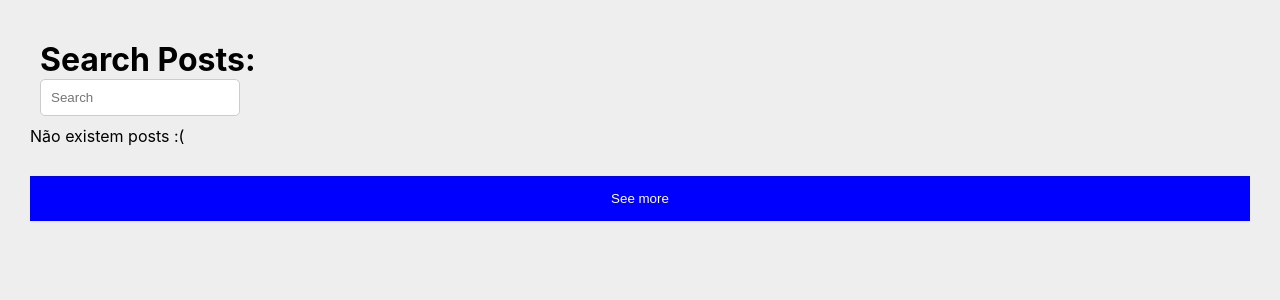
Repository: GiovanaBragio/ReactCourse
Page: / (app in project-1/)
An editor plug-in stored every save of this project. The page is shown before and after the next save, followed by the edit.
The browser window is 1280 px wide. The pictures show the whole page.
The page's requests for data from a server got no answer. The project was rebuilt for these pictures with package versions that can differ from the ones it lists, and the page was loaded fresh each time. No one was signed in, and anything a server would have sent is missing. Also part of the build but not shown: project-1/src/components/PostCard/PostCard.styles.css, project-1/src/components/PostCard/PostCard.tsx, project-1/src/components/Post/Post.styles.css, project-1/src/components/Post/Post.tsx.

Above is the page before, as saved 2025-02-05 17:16:38.

### project-1/src/index.tsx
import React from 'react';
import ReactDOM from 'react-dom/client';
import './index.css';
import Home from './templates/Home/Home';

const root = ReactDOM.createRoot(
  document.getElementById('root') as HTMLElement
);
root.render(
  <React.StrictMode>
    <Home />
  </React.StrictMode>
);

### project-1/src/templates/Home/Home.tsx
import { useEffect, useState } from 'react';
import './Home.css';
import { PostCardProps } from '../../components/PostCard/PostCard.interface';
import Button from '../../components/Button/Button';
import InputText from '../../components/InputText/InputText';
import Post from '../../components/Post/Post';

function Home() {
  const [posts, setPosts] = useState<PostCardProps[]>([]);
  const [isButtonDisabled, setIsButtonDisabled] = useState(false);
  const [nextPosts, setNextPosts] = useState(10);
  const [search, setSearch] = useState('');
  const filterPosts = !!search ? posts.filter(post => post.title.toLowerCase().includes(search.toLowerCase())) : posts;

  useEffect(() => {
    loadPosts();
  }, []);

  const loadPosts = async () => {
    const responsePost = await fetch('https://jsonplaceholder.typicode.com/posts').then(response => response.json());
    const responsePhotos = await fetch('https://dummyjson.com/image/150');

    const postsWithPhotos = responsePost.map((post: PostCardProps, index: number) => {
      return {
        ...post,
        cover: responsePhotos.url
      }
    })

    setPosts(postsWithPhotos);
  }

  const seeMore = () => {
    let newNextPosts = nextPosts + 10;
    if (newNextPosts > 100) {
      setIsButtonDisabled(true);
    }
    setNextPosts(newNextPosts);
  }

  return (
    <div className="Home">
      <div className="Home__search">
        <h1>Search Posts: {search}</h1>
        <InputText
          value={search}
          onChange={(event: React.ChangeEvent<HTMLInputElement>) => setSearch(event.target.value)} />
      </div>
      {filterPosts.length ? <Post posts={filterPosts} nextPosts={nextPosts} /> : <p>Não existem posts :(</p>}
      {!search && (
        <Button
          text={'See more'}
          onClick={seeMore}
          disabled={isButtonDisabled}
        />
      )}
    </div>
  );
}

export default Home;

### project-1/src/templates/Home/Home.css
*{
  margin: 0;
  padding: 0;
  box-sizing: border-box;
}

.Home {
  min-height: 100vh;
  background: #eee;
  padding: 30px;
}

.Home__search {
  width: 90%;
  display: flex;
  flex-direction: column;
  justify-content: center;
  align-items: flex-start;
  margin: 10px;
}

### project-1/src/components/Button/Button.tsx
import { ButtonProps } from "./Button.interface";
import './Button.styles.css';

const Button = ({ onClick, text, disabled }: ButtonProps) => {
    return (
        <button
            onClick={onClick}
            disabled={disabled}>
            {text}
        </button>
    )
}

export default Button;

### project-1/src/components/InputText/InputText.tsx
import { InputTextProps } from "./InputText.inerface";
import './InputText.styles.css';

const InputText = ({ value, onChange }: InputTextProps) => {
    return (
        <input
            className="inputText"
            type="text"
            placeholder="Search"
            value={value}
            onChange={onChange} />
    )
}

export default InputText;

### project-1/src/components/Button/Button.styles.css
button {
  width: 100%;
  background: blue;
  color: white;
  border: none;
  padding: 15px 30px;
  cursor: pointer;
  transition: ease-in-out 0.5s;
  margin-top: 30px;
}

button:hover {
  background-color: darkblue;
}

button:disabled {
  background-color: gray;
  cursor: not-allowed;
}

### project-1/src/components/InputText/InputText.styles.css
.inputText {
    padding: 10px;
    border: 1px solid #ccc;
    border-radius: 5px;
    width: 200px;
}

Loaded but not shown: project-1/public/index.html (common file); project-1/src/index.css (common file)

After the next save:
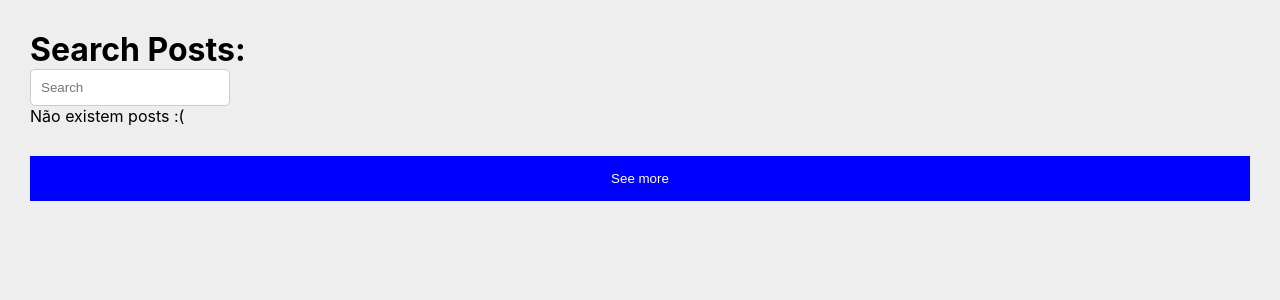
Saved 4 min 52 s later.
--- a/project-1/src/templates/Home/Home.tsx
+++ b/project-1/src/templates/Home/Home.tsx
@@ -40,7 +40,7 @@ function Home() {
 
   return (
     <div className="Home">
-      <div className="Home__search">
+      <div className="home-search">
         <h1>Search Posts: {search}</h1>
         <InputText
           value={search}
